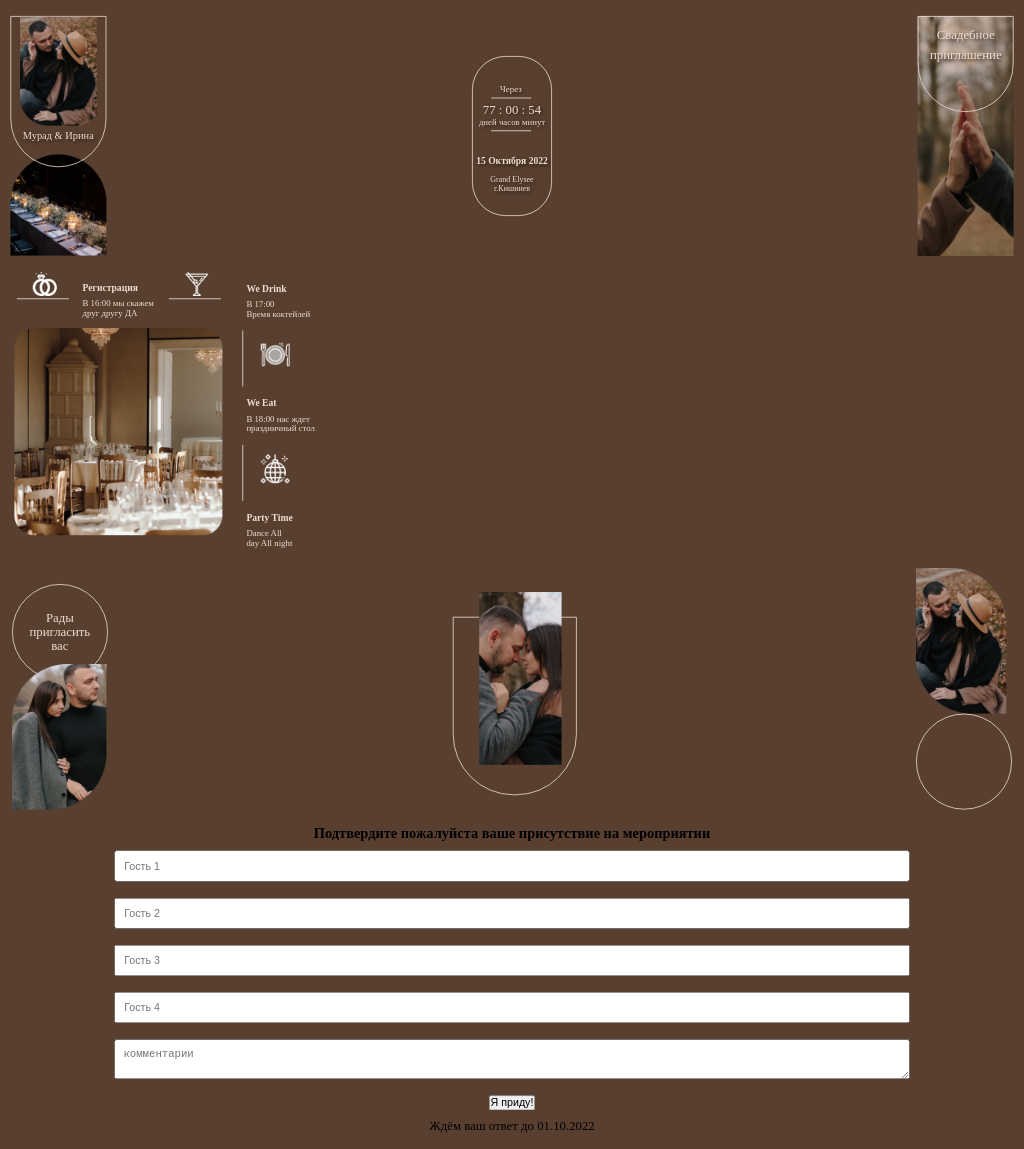
Repository: Anthony8845/wedding_invitation
Page: index.html
The author's editor kept a copy of each file at every save. The page is drawn from the files as they stood at one save, then again after the next save.
The browser window is 1280 px wide. The pictures show the whole page, at 80% of full size.

Above is the page before, as saved 2022-07-30 12:07:35.

After the next save:
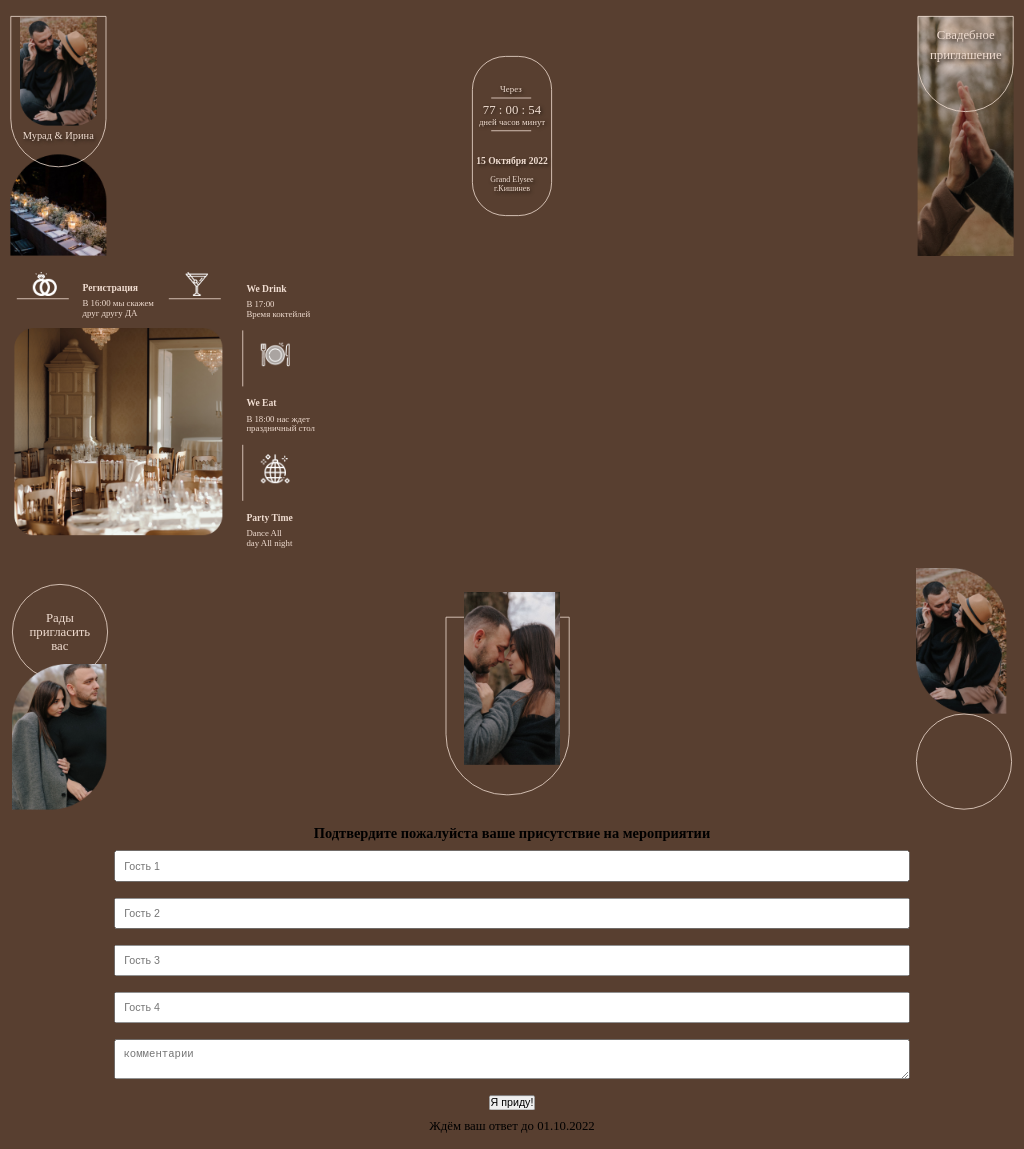
Saved 67 s later.
--- a/style.css
+++ b/style.css
@@ -278,9 +278,9 @@ body{
 }
 .two_img {
     position: relative;
-    left: 10px;
+    left: 0px;
     top: 30px;
-    width: 103px;
+    width: 120px;
     height: 216px;
     background: url(./img/IMG2.png);
     z-index: 1;
